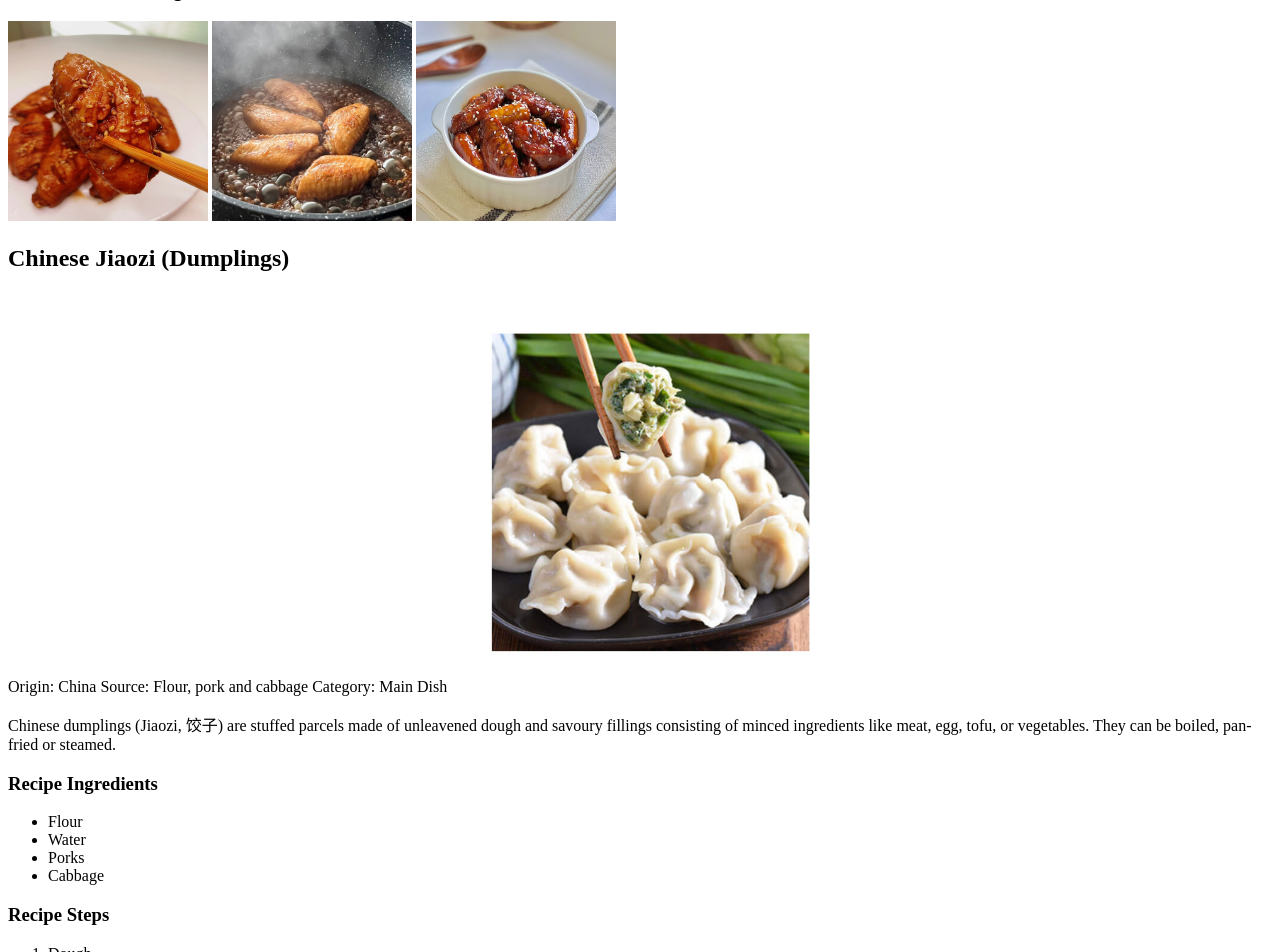
Repository: lulyany/starter_html
Page: recipes.html
The author's editor kept a copy of each file at every save. The page is drawn from the files as they stood at one save, then again after a run of saves.
The browser window is 1280 px wide. The pictures show the part of the page from y = 1169 to 2121 px (the page is 3578 px tall before and 4876 px after).
A picture or video elsewhere on the page could not be fetched, so the positions and the page height are approximate.

Above is the page before, as saved 2023-09-16 01:11:28.

After the next 2 saves:
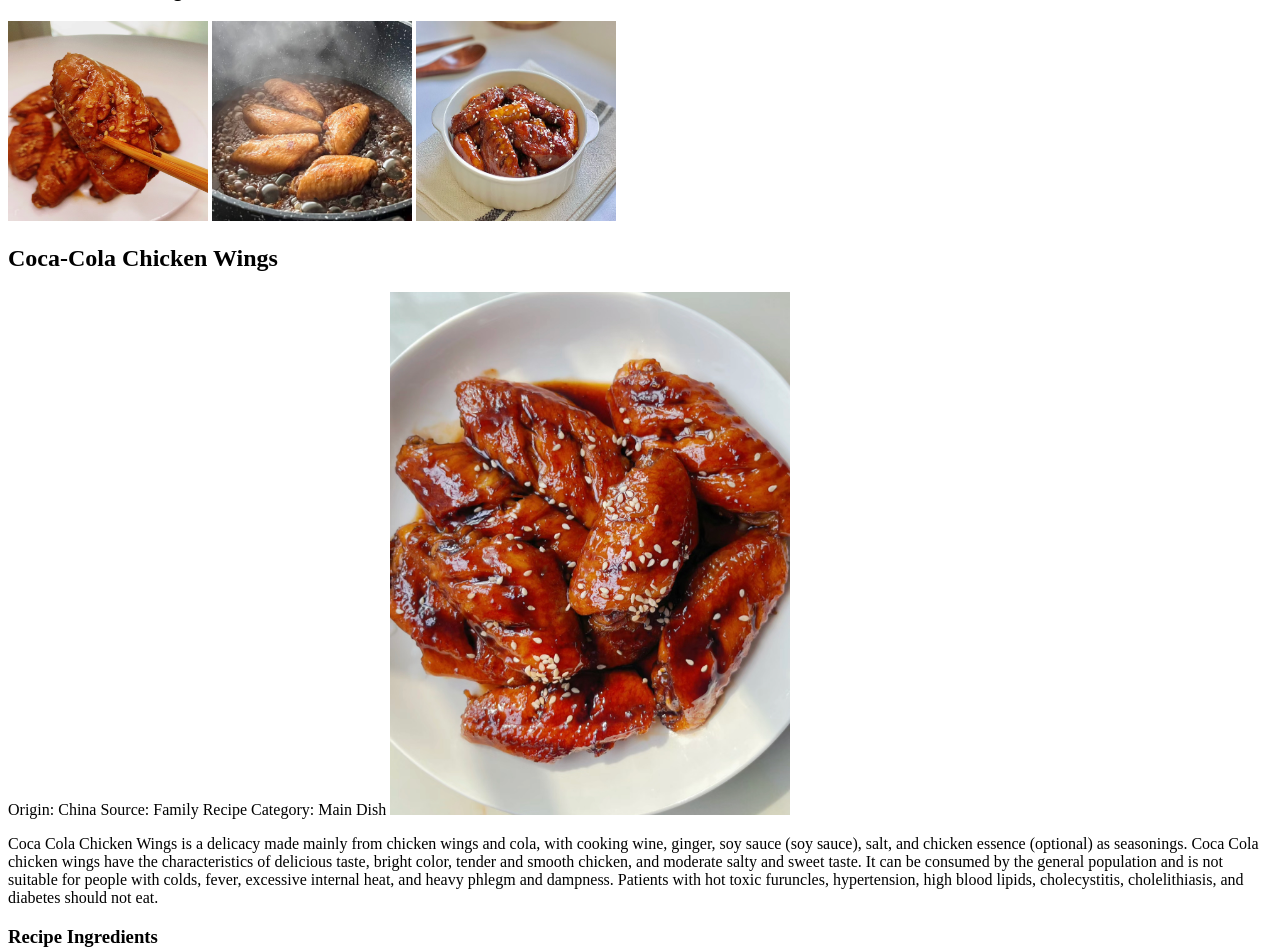
The 2 saves are shown as one change because they came seconds apart.
The last was saved 24 min 52 s later.
--- a/recipes.html
+++ b/recipes.html
@@ -24,6 +24,43 @@
         </header>
 
     <main>
+
+        <div>
+            <h2>Coca-Cola Chicken Wings</h2>
+            <span>Origin: China</span>
+            <span>Source: Family Recipe</span>
+            <span>Category: Main Dish</span>
+
+            <img src="images/coca_cola_chicken_wings.jpg" width = "400" alt="Chicken wings.">
+            <p> Coca Cola Chicken Wings is a delicacy made mainly from chicken wings and cola, with cooking wine, ginger, soy sauce (soy sauce), salt, and chicken essence (optional) as seasonings. Coca Cola chicken wings have the characteristics of delicious taste, bright color, tender and smooth chicken, and moderate salty and sweet taste. It can be consumed by the general population and is not suitable for people with colds, fever, excessive internal heat, and heavy phlegm and dampness. Patients with hot toxic furuncles, hypertension, high blood lipids, cholecystitis, cholelithiasis, and diabetes should not eat.</p>
+            <h3>Recipe Ingredients</h3>
+            <ul>
+                <li>Chicken wings</li>
+                <li>Scallions</li>
+                <li>Ginger slices</li>
+                <li>Cooking wine</li>
+                <li>Dark soy sauce</li>
+                <li>A can of coke</li>
+            </ul>
+
+            <h3>Recipe Steps</h3>
+            <ol>
+                <li>Wash and place chicken wings in a bowl</li>
+                <li>Add scallions, ginger slices, cooking wine, dark soy sauce and salt to the washed chicken wings, and mix them well</li>
+                <li>Cover the bowl with plastic wrap and marinate the chicken wings for 1 hour</li>
+                <li>Put the right amount of oil in the pot, and put the marinated chicken wings into the pot and fry it until golden brown on both sides</li>
+                <li>After fry the chicken wings until golden brown on both sides, then pour a can of coke into the pan and bring to a boil</li>
+                <li>Continue to cook for an additional 2-3 minutes until the glaze has thickened and coats the wings nicely</li>
+                <li>Transfer the Coca-Cola glazed chicken wings to a serving platter</li>
+            </ol>
+
+            <h3>Additional Food images</h3>
+            <img src="images/chicken_wings_chopsticks.jpg" width = "200" height="200" alt="A chicken wing picked up by chopsticks">
+            <img src="images/boils_in_coke.jpg" width = "200" height="200" alt="Chicken wings boiled in coke">
+            <img src="images/chicken-wings_and_rice_cake.jpg" width = "200" height="200" alt="Coca-cola chicken wings served with rice cake">
+
+        </div>
+
         <div>
             <h2>Coca-Cola Chicken Wings</h2>
             <span>Origin: China</span>

After the 2 saves that followed:
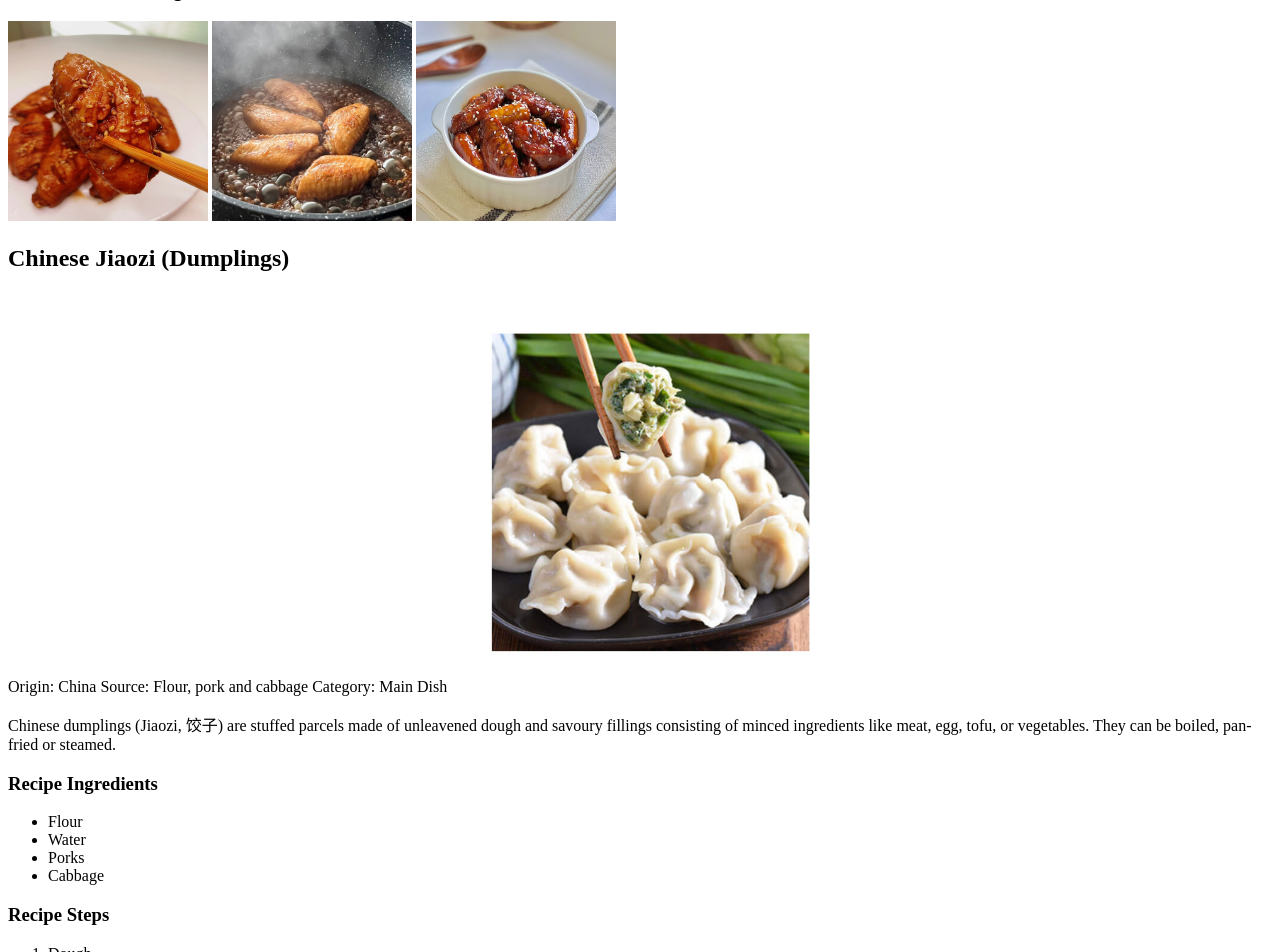
The 2 saves are shown as one change because they came seconds apart.
The last was saved 11 s later.
--- a/recipes.html
+++ b/recipes.html
@@ -24,43 +24,6 @@
         </header>
 
     <main>
-
-        <div>
-            <h2>Coca-Cola Chicken Wings</h2>
-            <span>Origin: China</span>
-            <span>Source: Family Recipe</span>
-            <span>Category: Main Dish</span>
-
-            <img src="images/coca_cola_chicken_wings.jpg" width = "400" alt="Chicken wings.">
-            <p> Coca Cola Chicken Wings is a delicacy made mainly from chicken wings and cola, with cooking wine, ginger, soy sauce (soy sauce), salt, and chicken essence (optional) as seasonings. Coca Cola chicken wings have the characteristics of delicious taste, bright color, tender and smooth chicken, and moderate salty and sweet taste. It can be consumed by the general population and is not suitable for people with colds, fever, excessive internal heat, and heavy phlegm and dampness. Patients with hot toxic furuncles, hypertension, high blood lipids, cholecystitis, cholelithiasis, and diabetes should not eat.</p>
-            <h3>Recipe Ingredients</h3>
-            <ul>
-                <li>Chicken wings</li>
-                <li>Scallions</li>
-                <li>Ginger slices</li>
-                <li>Cooking wine</li>
-                <li>Dark soy sauce</li>
-                <li>A can of coke</li>
-            </ul>
-
-            <h3>Recipe Steps</h3>
-            <ol>
-                <li>Wash and place chicken wings in a bowl</li>
-                <li>Add scallions, ginger slices, cooking wine, dark soy sauce and salt to the washed chicken wings, and mix them well</li>
-                <li>Cover the bowl with plastic wrap and marinate the chicken wings for 1 hour</li>
-                <li>Put the right amount of oil in the pot, and put the marinated chicken wings into the pot and fry it until golden brown on both sides</li>
-                <li>After fry the chicken wings until golden brown on both sides, then pour a can of coke into the pan and bring to a boil</li>
-                <li>Continue to cook for an additional 2-3 minutes until the glaze has thickened and coats the wings nicely</li>
-                <li>Transfer the Coca-Cola glazed chicken wings to a serving platter</li>
-            </ol>
-
-            <h3>Additional Food images</h3>
-            <img src="images/chicken_wings_chopsticks.jpg" width = "200" height="200" alt="A chicken wing picked up by chopsticks">
-            <img src="images/boils_in_coke.jpg" width = "200" height="200" alt="Chicken wings boiled in coke">
-            <img src="images/chicken-wings_and_rice_cake.jpg" width = "200" height="200" alt="Coca-cola chicken wings served with rice cake">
-
-        </div>
-
         <div>
             <h2>Coca-Cola Chicken Wings</h2>
             <span>Origin: China</span>
